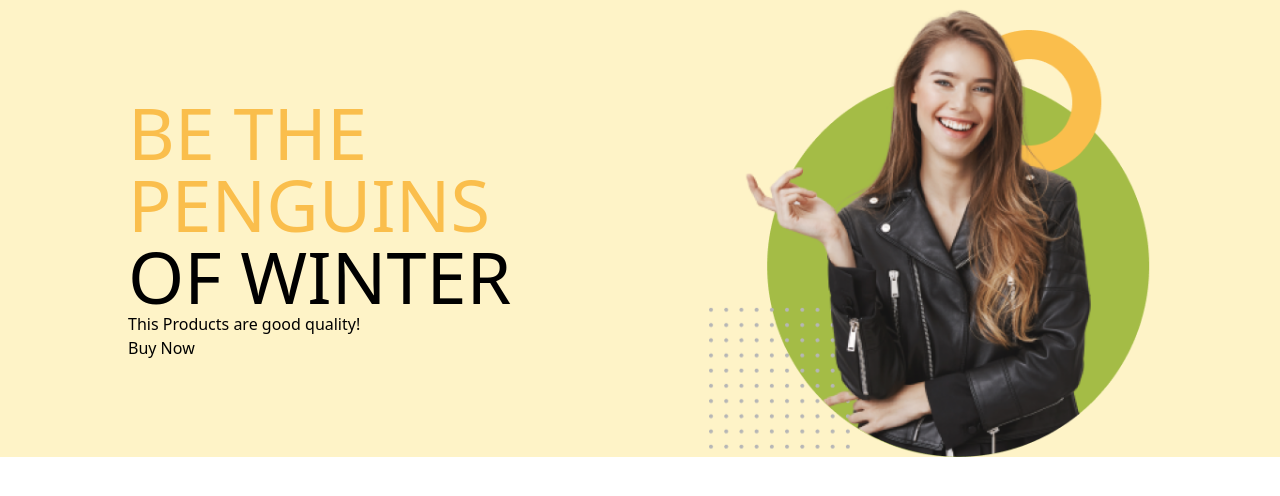
Repository: SyeadaSakina/Penguins-fashion
Page: index.html
These files come from the project's save history. The page is drawn as it stood at one moment and after the next save; the edit follows.
The browser window is 1280 px wide. The pictures show the whole page.
Some web libraries are served in a nearby version.

Above is the page before, as saved 2023-07-21 22:42:11.

After the next save:
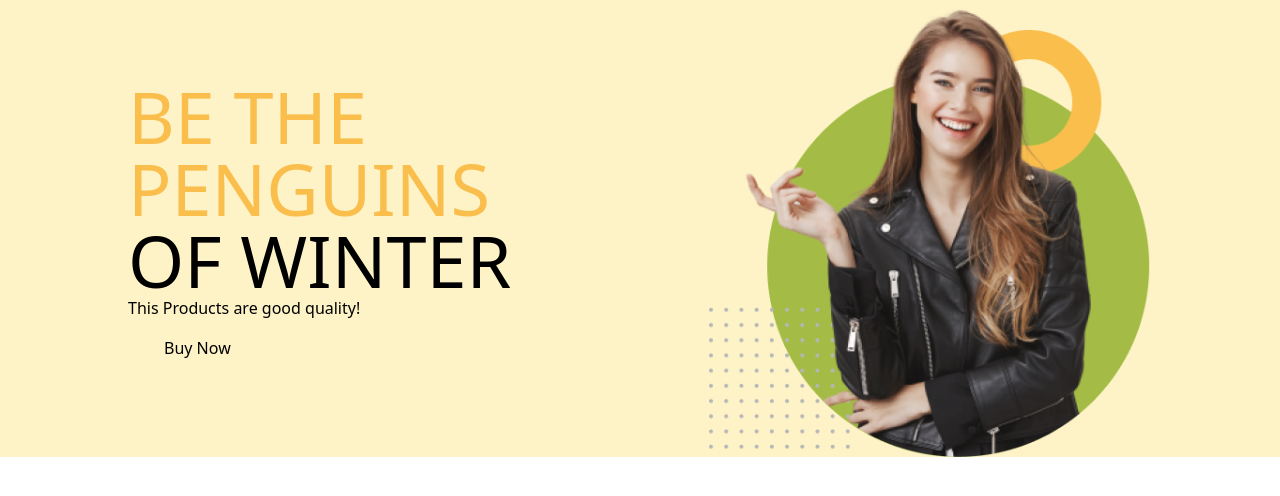
Saved 4 min 27 s later.
--- a/index.html
+++ b/index.html
@@ -24,7 +24,7 @@
                 <p>
                     This Products are good quality!
                 </p>
-                <button>Buy Now</button>
+                <button class="py-4 px-9 bg-green-600s">Buy Now</button>
             </div>
             <div>
                 <img src="images/model.png" alt="Image of a model">
